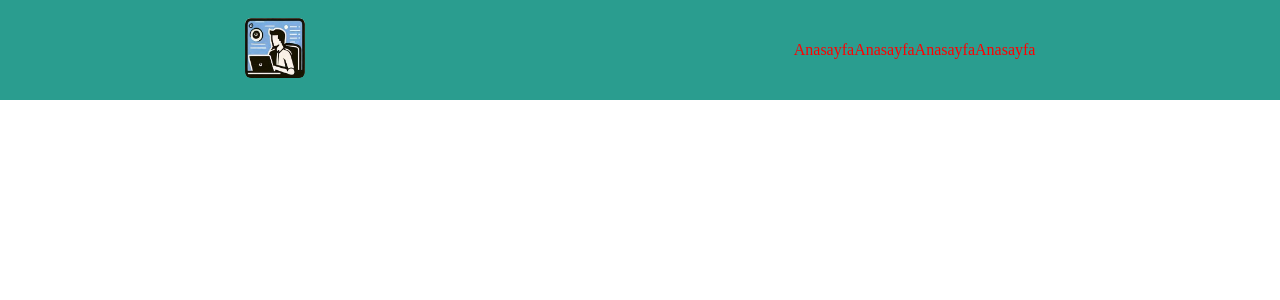
Repository: 0hasandemirtas/react-odev
Page: /
An editor plug-in stored every save of this project. The page is shown before and after the next save, followed by the edit.
The browser window is 1280 px wide. The pictures show the whole page.
The project was rebuilt for these pictures with package versions that can differ from the ones it lists, and the page was loaded fresh each time.

Above is the page before, as saved 2024-06-16 14:17:51.

After the next save:
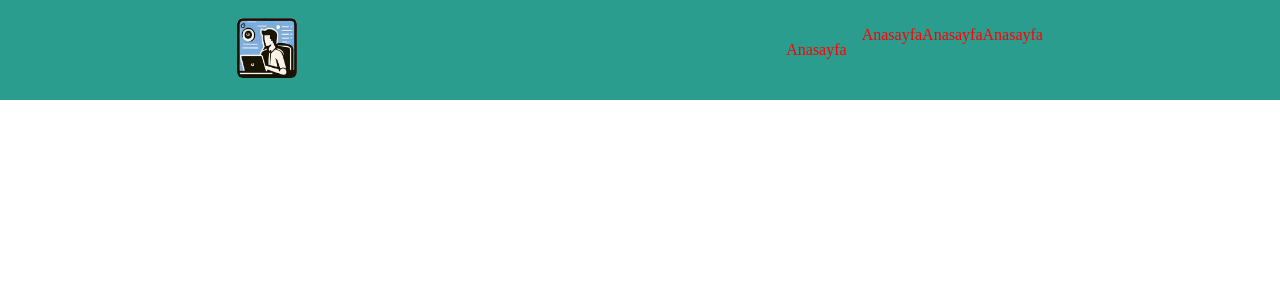
Saved 11 s later.
--- a/src/components/header/index.js
+++ b/src/components/header/index.js
@@ -11,7 +11,7 @@
           <img  className={classes.logo} src="./images/logo2.png" />
       </div>
       <div className={classes.titleContainer}>
-        <div><a>Anasayfa</a></div>
+        <div className={classes.temp}><a>Anasayfa</a></div>
         <div><a>Anasayfa</a></div>
         <div><a>Anasayfa</a></div>
         <div><a>Anasayfa</a></div>

After the save that followed:
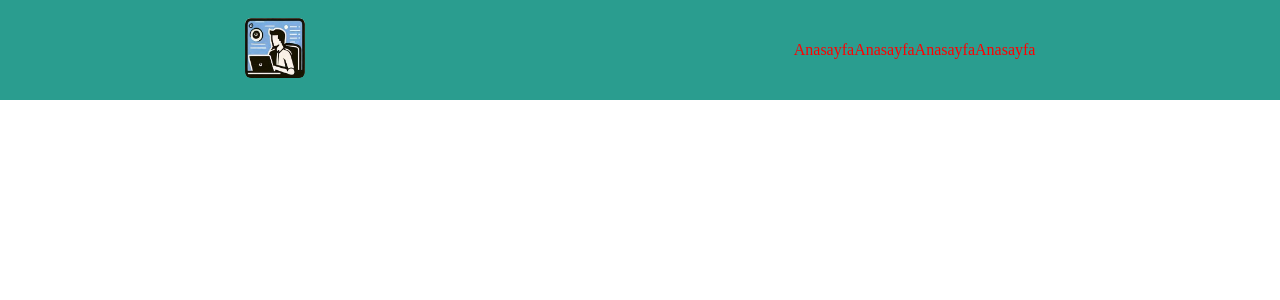
Saved 19 s later.
--- a/src/components/header/index.js
+++ b/src/components/header/index.js
@@ -11,7 +11,7 @@
           <img  className={classes.logo} src="./images/logo2.png" />
       </div>
       <div className={classes.titleContainer}>
-        <div className={classes.temp}><a>Anasayfa</a></div>
+        <div><a>Anasayfa</a></div>
         <div><a>Anasayfa</a></div>
         <div><a>Anasayfa</a></div>
         <div><a>Anasayfa</a></div>
